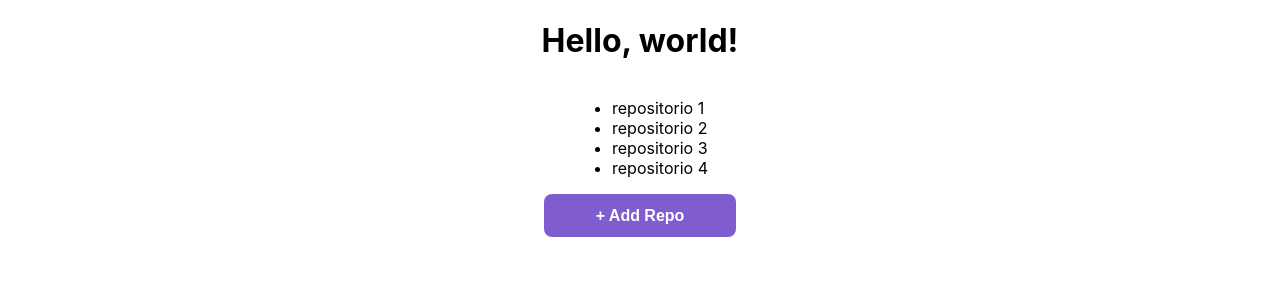
Repository: thiagolucio/react-hooks-use
Page: /
These files come from the project's save history. The page is drawn as it stood at one moment and after the next save; the edit follows.
The browser window is 1280 px wide. The pictures show the whole page.
The pointer rests on the first visible `.buttonApp`.
The project was rebuilt for these pictures with package versions that can differ from the ones it lists, and the page was loaded fresh each time.

Above is the page before, as saved 2022-03-08 17:02:38.

### src/index.css
body {
  margin: 0;
  padding: 0;
  overflow-x: hidden;
  font-family: -apple-system, BlinkMacSystemFont, 'Segoe UI', 'Roboto', 'Oxygen',
    'Ubuntu', 'Cantarell', 'Fira Sans', 'Droid Sans', 'Helvetica Neue',
    sans-serif;
  -webkit-font-smoothing: antialiased;
  -moz-osx-font-smoothing: grayscale;
}

code {
  font-family: source-code-pro, Menlo, Monaco, Consolas, 'Courier New',
    monospace;
}

.container_column_center {
  display: flex;
  flex-direction: column;
  justify-content: flex-start;
  align-items: center;
}

.container_row_center {
  display: flex;
  flex-direction: row;
  justify-content: flex-start;
}


.font18px {font-size: 18px;}
.font20px {font-size: 20px;}
.font22px {font-size: 22px;}
.font24px {font-size: 24px;}

### src/App.js
import React from "react";
import './App.css';

import UseStateExample from "./Components/UseStateExample";



function App() {
  return (
    <>
      <UseStateExample />
    </>
  );
}

export default App;

### src/Components/UseStateExample.js
import React, { useState } from "react";
import "./UseStateExample.css";

function UseStateExample() {

  const [repositories, setRepositories] = useState([
    { id: 1, name: "repositorio 1" },
    { id: 2, name: "repositorio 2" },
    { id: 3, name: "repositorio 3" },
    { id: 4, name: "repositorio 4" },
  ]);

    function handleAddRepo() {

        let numName  = repositories.length + 1;

        setRepositories([...repositories, { id: Math.random(), name: "repositorio " + numName}]);
    }

  return (
    <div className="container">
      <h1>Hello, world!</h1>
      <ul>
        {repositories.map((repo) => (
          <li key={repo.id}>{repo.name}</li>
        ))}
      </ul>
      <button className="buttonApp" onClick={handleAddRepo}>+ Add Repo</button>
    </div>
  );
}

export default UseStateExample;

### src/Components/UseStateExample.css
.buttonApp {
    font-size: 16px;
    padding: 1% 4%;
    background-color: rgb(127, 93, 206);
    color: #fff;
    font-weight: bold;
    border: none;
    border-radius: 8px;
}

.buttonApp:hover {
    background-color: rgb(127, 93, 206);
    color: #fff;
    transition: all 0.5s ease;
}

Loaded but not shown: public/index.html (common file); src/index.js (common file); src/reportWebVitals.js (common file); src/App.css (common file); public/manifest.json (common file)

After the next save:
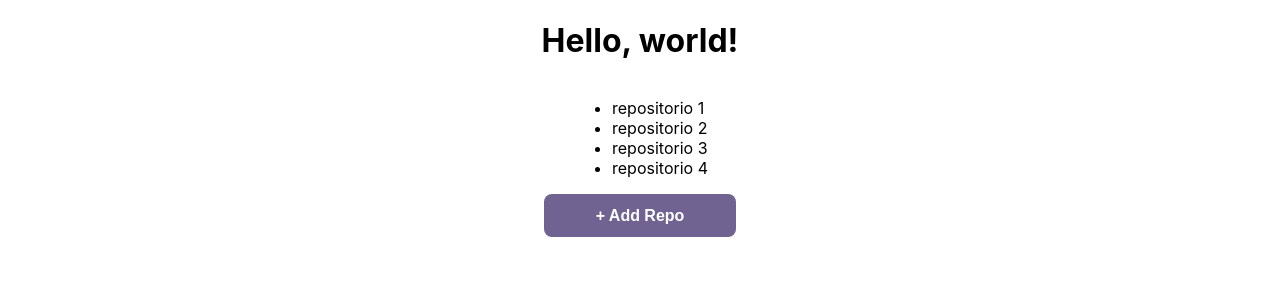
Saved 4 s later.
--- a/src/Components/UseStateExample.css
+++ b/src/Components/UseStateExample.css
@@ -9,7 +9,7 @@
 }
 
 .buttonApp:hover {
-    background-color: rgb(127, 93, 206);
+    background-color: rgb(112, 99, 145);
     color: #fff;
     transition: all 0.5s ease;
 }
